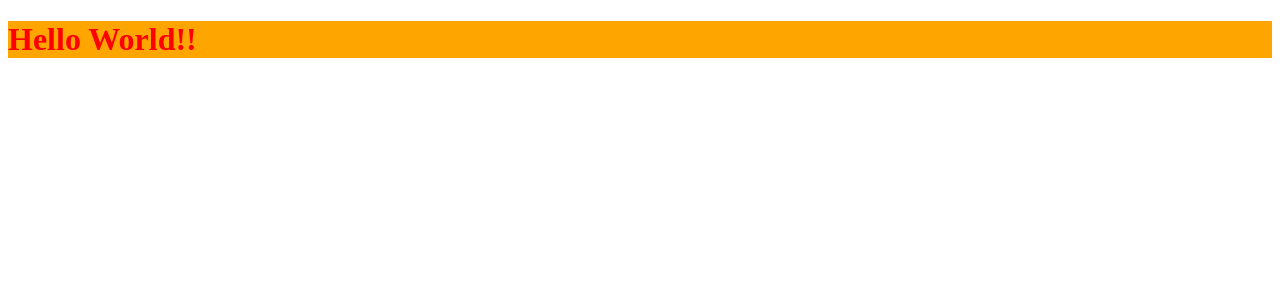
Repository: neerajachinnareddy/namaste-react
Page: index.html
The author's editor kept a copy of each file at every save. The page is drawn from the files as they stood at one save, then again after the next save.
The browser window is 1280 px wide. The pictures show the whole page.

Above is the page before, as saved 2024-07-24 08:30:21.

### index.html
<!DOCTYPE html>
<html lang="en">
<head>
    <meta charset="UTF-8">
    <meta name="viewport" content="width=device-width, initial-scale=1.0">
    <title>Namest React!!</title>
    <link rel="stylesheet" href="./app.css" type="text/css"/>
</head>
<body>
    <div id="root">

    </div>
    <!-- <script>
        let content = document.createElement("h1");
        content.innerHTML = "Hello World Using JavaScript!!"
        let root  = document.getElementById("root");
        root.appendChild(content);

    </script> -->
    <script crossorigin src="https://unpkg.com/react@18/umd/react.development.js"></script>
    <script crossorigin src="https://unpkg.com/react-dom@18/umd/react-dom.development.js"></script>
    <script src="app.js">

    </script>
</body>
</html>

### app.css
#root {
    background-color: orange
}
h1 {
    color: red;
}

### app.js
/*
    <div id='parent'>
        <div id='child1>
            <h1>Hello World!!</h1>
            <h2>Hello World!!</h2>
        </div>

    </div>
*/

const heading = React.createElement(
    "h1",
    {},
    "Hello World!!"
)
console.log("heading value",heading);

const root = ReactDOM.createRoot(document.getElementById('root'));
root.render(heading);

After the next save:
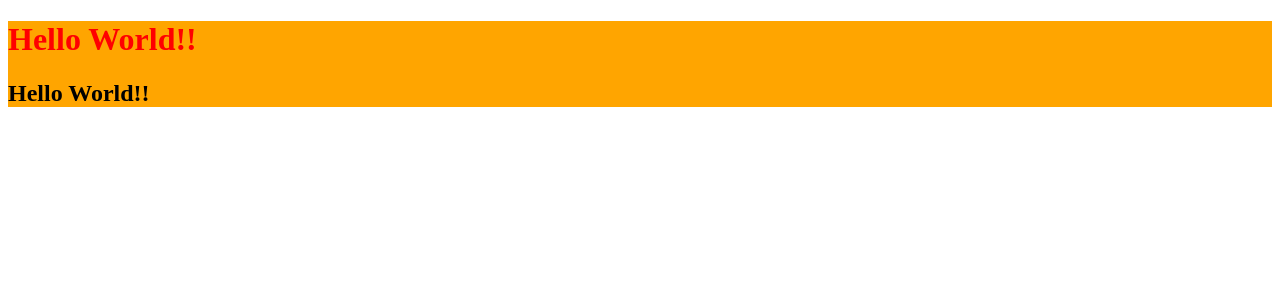
Saved 2 min 46 s later.
--- a/app.js
+++ b/app.js
@@ -8,12 +8,25 @@
     </div>
 */
 
-const heading = React.createElement(
-    "h1",
-    {},
-    "Hello World!!"
+const divEle = React.createElement(
+    "div",
+    {id:'parent'},
+    React.createElement(
+        "div",
+        {id:'child1'},
+        [
+            React.createElement("h1",{},"Hello World!!"),
+            React.createElement("h2",{},"Hello World!!")
+        ]
+
+    )
 )
-console.log("heading value",heading);
+// const heading = React.createElement(
+//     "h1",
+//     {},
+//     "Hello World!!"
+// )
+// console.log("heading value",heading);
 
 const root = ReactDOM.createRoot(document.getElementById('root'));
-root.render(heading);
+root.render(divEle);
